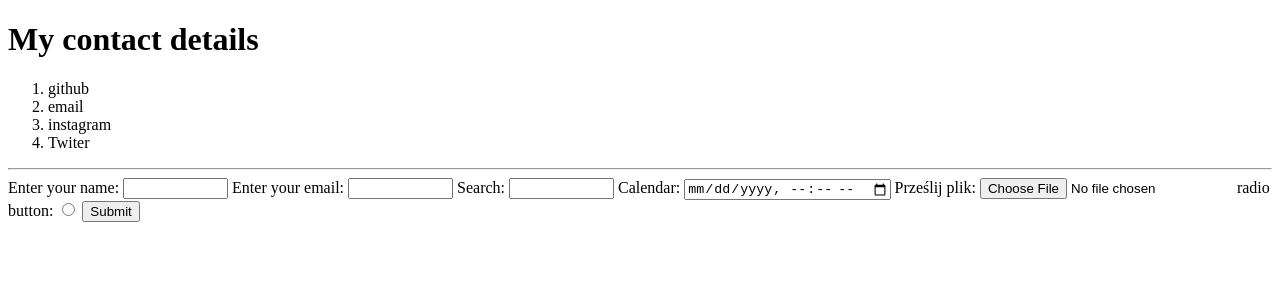
Repository: ew-code/Web-Development
Page: HTML - Personal Site/contact.html
The author's editor kept a copy of each file at every save. The page is drawn from the files as they stood at one save, then again after a run of saves.
The browser window is 1280 px wide. The pictures show the whole page.

Above is the page before, as saved 2021-01-04 23:34:52.

After the next 2 saves:
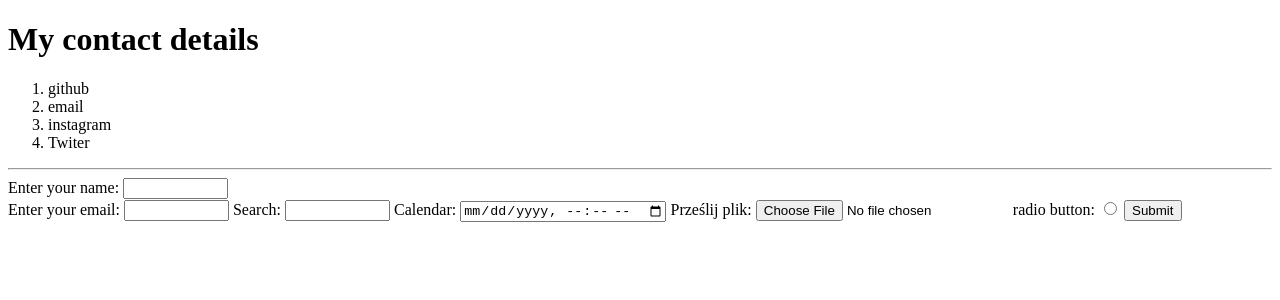
The 2 saves are shown as one change because they came seconds apart.
The last was saved 40 s later.
--- a/HTML - Personal Site/contact.html
+++ b/HTML - Personal Site/contact.html
@@ -19,7 +19,7 @@
 <hr>
   <form class="" action="index.html" method="post">
     <label for="name">Enter your name:</label>
-    <input type="text" name="name" id="name" minlength="4" maxlength="50" size="10">
+    <input type="text" name="name" id="name" minlength="4" maxlength="50" size="10"><br>
     <label for="email">Enter your email:</label>
     <input type="email" name="email" id="email" minlength="4" maxlength="50" size="10">
     <label for="Search">Search:</label>
